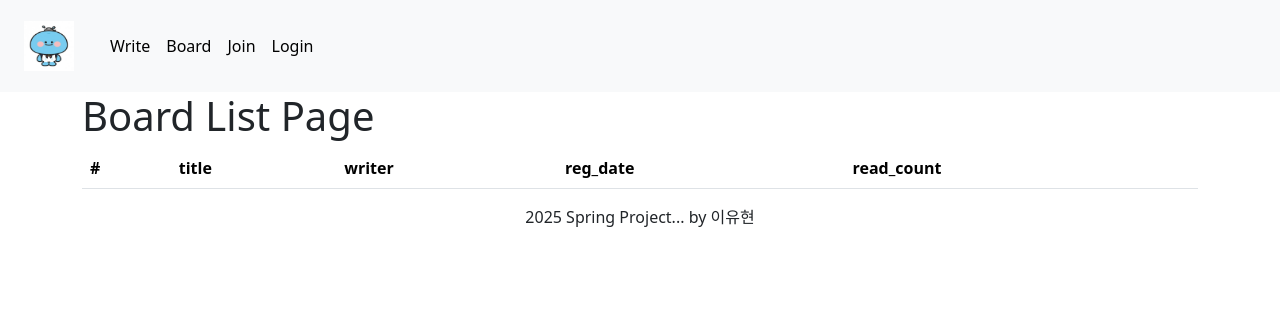
Repository: LeeYouHyeon/6.Spring
Page: http://localhost/spring_project/WEB-INF/views/board/list.jsp
These files come from the project's save history. The page is drawn as it stood at one moment and after the next save; the edit follows.
The browser window is 1280 px wide. The pictures show the whole page.
The page is served by Tomcat 9. Nobody is signed in. Other server files are loaded and not shown. The template is opened directly, without the code that normally fills it, so the values that code supplies are empty.

Above is the page before, as saved 2025-06-02 03:18:56.
Console error: TypeError: Cannot read properties of null (reading 'addEventListener')

### spring_project/src/main/webapp/WEB-INF/views/board/list.jsp
<%@ page language="java" contentType="text/html; charset=UTF-8" pageEncoding="UTF-8"%>
<%@ include file="../layout/header.jsp"%>
<%@ taglib uri="http://java.sun.com/jsp/jstl/core" prefix="c"%>

<div class="container-md">
	<h1>Board List Page</h1>
	<table class="table">
		<thead>
			<tr>
				<th scope="col">#</th>
				<th scope="col">title</th>
				<th scope="col">writer</th>
				<th scope="col">reg_date</th>
				<th scope="col">read_count</th>
			</tr>
		</thead>
		<tbody>
			<c:forEach items="${list}" var="bvo">
				<tr>
					<th scope="row">${bvo.bno}</th>
					<td>
						<a href="/board/detail?bno=${bvo.bno}">${bvo.title}</a>
					</td>
					<td>${bvo.writer}</td>
					<td>${bvo.regDate}</td>
					<td>${bvo.readCount}</td>
				</tr>
			</c:forEach>
		</tbody>
	</table>
</div>

<%@ include file="../layout/footer.jsp"%>

### spring_project/src/main/webapp/WEB-INF/views/layout/header.jsp
<%@ page language="java" contentType="text/html; charset=UTF-8" pageEncoding="UTF-8"%>
<%@ taglib uri="http://java.sun.com/jsp/jstl/core" prefix="c" %>
<%@ taglib uri="http://www.springframework.org/security/tags" prefix="sec" %>
<!DOCTYPE html>
<html>
<head>
<meta charset="UTF-8">
<sec:csrfMetaTags/>
<meta name="_csrf" content="CSRF_token_VALUE">
<meta name="_csrf.header" content="X-CSRF-TOKEN">
<title>Spring Project</title>
<link rel="stylesheet" href="/resources/dist/css/bootstrap.min.css">
<script type="text/javascript" src="/resources/dist/js/bootstrap.bundle.min.js"></script>
</head>
<body>
	<nav class="navbar navbar-expand-lg bg-body-tertiary">
		<div class="container-fluid">
			<nav class="navbar bg-body-tertiary">
				<div class="container">
					<a class="navbar-brand" href="/">
						<img src="/resources/image/logo.jpg" alt="Bootstrap" width="50" height="50">
					</a>
				</div>
			</nav>
			<button class="navbar-toggler"
				type="button"
				data-bs-toggle="collapse"
				data-bs-target="#navbarSupportedContent"
				aria-controls="navbarSupportedContent"
				aria-expanded="false"
				aria-label="Toggle navigation">
				<span class="navbar-toggler-icon"></span>
			</button>
			<div class="collapse navbar-collapse" id="navbarSupportedContent">
				<ul class="navbar-nav me-auto mb-2 mb-lg-0">
					<li class="nav-item">
						<a class="nav-link active" aria-current="page" href="/board/register">Write</a>
					</li>
					<li class="nav-item">
						<a class="nav-link active" aria-current="page" href="/board/list">Board</a>
					</li>
					<sec:authorize access="isAnonymous()">
						<li class="nav-item">
							<a class="nav-link active" aria-current="page" href="/user/register">Join</a>
						</li>
						<li class="nav-item">
							<a class="nav-link active" aria-current="page" href="/user/login">Login</a>
						</li>
					</sec:authorize>
					<sec:authorize access="isAuthenticated()">
						<!-- 인증객체가 만들어진 상태(로그인) -->
						<!-- 인증 객체를 가져오기 => 현재 로그인 정보 : property="principal" -->
						<sec:authentication property="principal" var="pri"/>
						<li class="nav-item">
							<form action="/user/logout" method="post" id="logoutForm">
								<!-- CSRF -->
								<input type="hidden" name="${_csrf.parameterName}" value="${_csrf.token}">

								<a class="nav-link active" aria-current="page" id="logoutLink">Logout</a>
							</form>
						</li>
						<li class="nav-item">
							<a class="nav-link active" aria-current="page" href="/user/info">UserInfo</a>
						</li>
						<c:if test="${pri.uvo.authList.stream().anyMatch(a -> a.auth.equals('ROLE_ADMIN')).get()}">
						<li class="nav-item">
							<a class="nav-link active" aria-current="page" href="/user/list">UserList</a>
						</li>
						</c:if>
					</sec:authorize>
				</ul>
			</div>
		</div>
	</nav>

	<script type="text/javascript">
		document.getElementById('logoutLink').addEventListener('click', e => {
			  e.preventDefault();
			  document.getElementById('logoutForm').submit();
		});
	</script>

### spring_project/src/main/webapp/WEB-INF/views/layout/footer.jsp
<%@ page language="java" contentType="text/html; charset=UTF-8"
	pageEncoding="UTF-8"%>

<div class="text-center">2025 Spring Project... by 이유현</div>
</body>
</html>

Loaded but not shown: spring_project/src/main/webapp/resources/dist/css/bootstrap.min.css (library); spring_project/src/main/webapp/resources/dist/js/bootstrap.bundle.min.js (library)

After the next save:
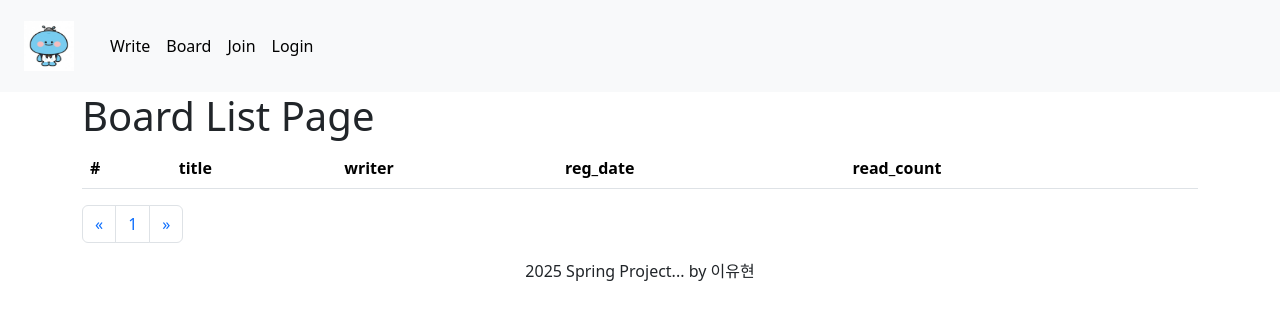
Saved 104 min 2 s later.
--- a/spring_project/src/main/webapp/WEB-INF/views/board/list.jsp
+++ b/spring_project/src/main/webapp/WEB-INF/views/board/list.jsp
@@ -28,6 +28,19 @@
 			</c:forEach>
 		</tbody>
 	</table>
+
+	<!-- paging area -->
+	<nav aria-label="Page navigation example">
+		<ul class="pagination">
+			<!-- 이전 -->
+			<li class="page-item"><a class="page-link" href="#" aria-label="Previous"> <span aria-hidden="true">&laquo;</span></a></li>
+
+			<li class="page-item"><a class="page-link" href="#">1</a></li>
+			<!-- 다음 -->
+			<li class="page-item"><a class="page-link" href="#" aria-label="Next"> <span aria-hidden="true">&raquo;</span>
+			</a></li>
+		</ul>
+	</nav>
 </div>
 
 <%@ include file="../layout/footer.jsp"%>
